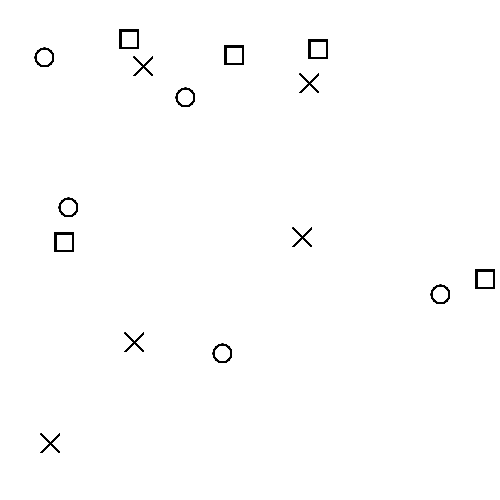
Repository: benceluzsinszky/rock-paper-scissors-simulation-pygame
Script's output: python main.py
These files come from the project's save history. The script's output is drawn as it stood at one moment and after a run of saves; the edit follows.
The window is shown after at most 60 frames with no key pressed. Random numbers start from a fixed seed. It also reads sprites/paper.png, sprites/rock.png, sprites/scissors.png.

Above is the script's output before, as saved 2023-04-24 20:24:57.

After the next 4 saves:
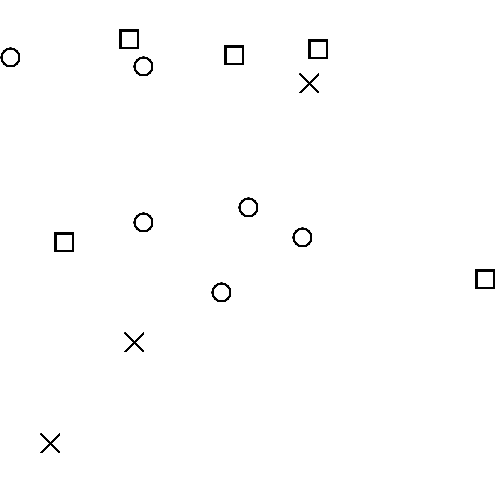
The 4 saves are shown as one change because 1 did not build or start and some came seconds apart.
The last was saved 23 s later.
--- a/main.py
+++ b/main.py
@@ -38,6 +38,9 @@ class Game():
         """
         while True:
             self.check_events()
+            self.move_sprites(self.rocks, self.scissors, self.papers)
+            self.move_sprites(self.rocks, self.scissors, self.papers)
+            self.move_sprites(self.rocks, self.scissors, self.papers)
             self.check_collisions()
             self.update_screen()
             self.clock.tick(60)
